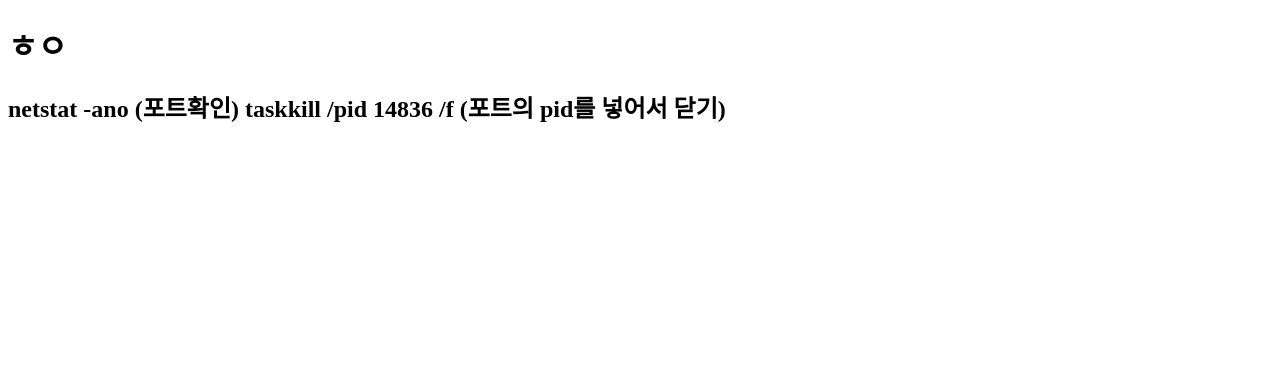
Repository: Kimgigon123123/JspServlet
Page: WorkSpace/03.Tag/src/main/webapp/index.html
An editor plug-in stored every save of this project. The page is shown before and after the next save, followed by the edit.
The browser window is 1280 px wide. The pictures show the whole page.

Above is the page before, as saved 2023-05-19 00:53:28.

After the next save:
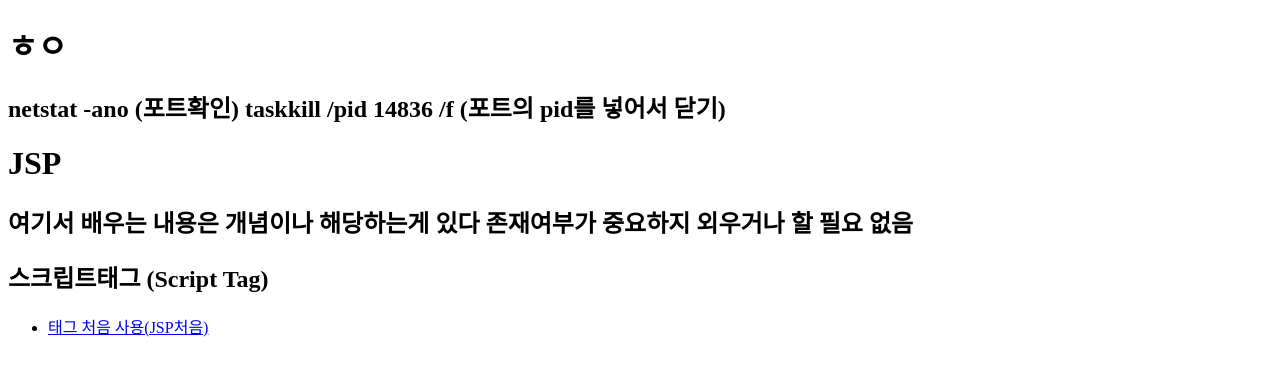
Saved 4 min 59 s later.
--- a/WorkSpace/03.Tag/src/main/webapp/index.html
+++ b/WorkSpace/03.Tag/src/main/webapp/index.html
@@ -5,8 +5,17 @@
 <title>Insert title here</title>
 </head>
 <body>
- <h1>ㅎㅇ</h1>
- <h2>netstat -ano (포트확인)
-taskkill /pid 14836 /f (포트의 pid를 넣어서 닫기)</h2>
+	 <h1>ㅎㅇ</h1>
+	 <h2>netstat -ano (포트확인)
+	taskkill /pid 14836 /f (포트의 pid를 넣어서 닫기)</h2>
+
+	 <h1> JSP </h1>
+	 <h2> 여기서 배우는 내용은 개념이나 해당하는게 있다 존재여부가 중요하지 외우거나 할 필요 없음</h2>
+	 <h2> 스크립트태그 (Script Tag)</h2>
+
+	 <ul>
+	 	<li><a href="01.Script/Ex00Into.jsp">태그 처음 사용(JSP처음)</a></li>
+	 </ul>
+
 </body>
 </html>
